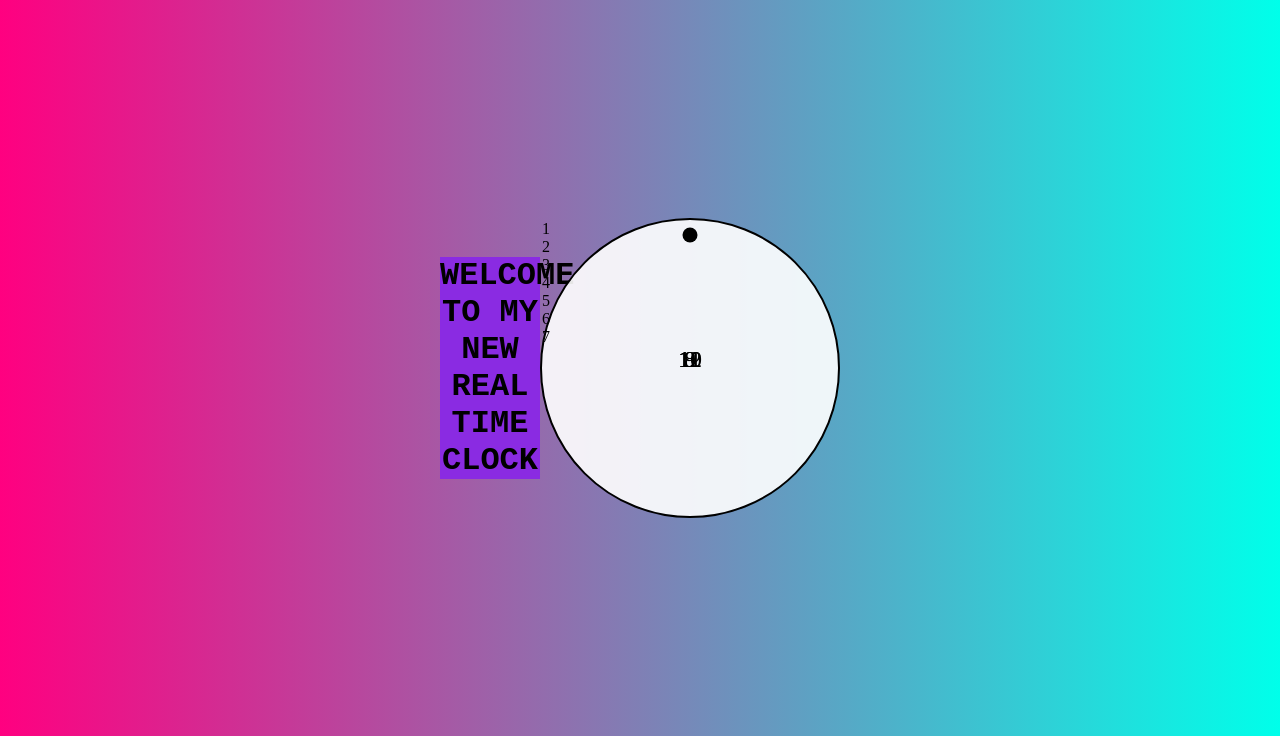
Repository: mirambialex/watch
Page: clock.html
An editor plug-in stored every save of this project. The page is shown before and after the next save, followed by the edit.
The browser window is 1280 px wide. The pictures show the whole page.

Above is the page before, as saved 2024-04-30 11:12:21.
Console error: SyntaxError: Unexpected token '<'

### clock.html
<!DOCTYPE html>
<html lang="en">
<head>
    <meta charset="UTF-8">
    <meta name="viewport" content="width=device-width, initial-scale=1.0">
    <link rel="stylesheet" href="clock.css">
    <script defer src="clock.js"></script>
    <title>clock</title>
</head>
<h1> <div class="header">WELCOME TO MY NEW REAL TIME CLOCK</div></h1>
<body>
    <div class="clock">
        <div class="hour hand" data-hour-hand></div>
        <div class="minute hand" data-minute-hand></div>
        <div class="second hand" data-second-hand></div>
        <div class="number number1">1</div>
        <div class="number number2">2</div>
        <div class="number number3">3</div>
        <div class="number number4">4</div>
        <div class="number number5">5</div>
        <div class="number numberR6">6</div>
        <div class="number number7">7</div>
        <div class="NUMBER NUMBER8">8</div>
        <div class="NUMBER NUMBER9">9</div>
        <div class="NUMBER NUMBER10">10</div>
        <div class="NUMBER NUMBER11">11</div>
        <div class="NUMBER NUMBER12">12</div>

    </div>
</body>
</html>

### clock.css
*, *::after, *::before {
    box-sizing: border-box;
    font-family: 'Times New Roman', Times, serif;

}
body{
    background: linear-gradient(to right,rgb(255,0,128),hsl(175,100%,50%));
    display: flex;
    justify-content: center;
    align-items: center;
    min-height: 100vh;
    overflow: hidden;

}
.clock{
    width: 300px;
    height: 300px;
    background-color: rgb(255,255,255,.9);
    border-radius: 50%;
    border: 2px solid black;
    position: relative;
}
.clock .NUMBER{
    --rotation: 0;
    position: absolute;
    width: 100%;
    height: 100%;
    text-align: center;
    transform: rotate(var(--rotation));
    font-size: 1.5rem;

    .clock .number number1{--rotation:30deg}
    .clock .number number2{--rotation:60deg}
    .clock .NUMBER3{--rotation:90deg}
    .clock .NUMBER4{--rotation:120deg}
    .clock .NUMBER5{--rotation:150deg}
    .clock .NUMBER6{--rotation:180deg}
    .clock .NUMBER7{--rotation:210deg}
    .clock .NUMBER8{--rotation:240deg}
    .clock .NUMBER9{--rotation:270deg}
    .clock .NUMBER10{--rotation:300deg}
    .clock .NUMBER11{--rotation:330deg}

}
.clock.hand{
    --rotation: 0;
    position:absolute;
    bottom: 50%;
    left: 50%;
    background-color: black;
    border: 1px solid rgb(136,99,224);
    border-top-left-radius: 10px;
    border-top-right-radius: 10px;
    transform-origin: bottom;
    z-index:10;
    transform: translateX(-50%)rotation(calc(var--rotation)*1deg));

}
.clock::after{
    content:" ";
    position: absolute;
    background-color: black;
    z-index: 11;
    width: 15px;
    height: 15px;
    top:5%;
    left: 50%;
    transform: translate(-50%, -50%);
    border-radius: 50%;

}
.clock.hand.second{
    width: 3px;
    height: 45%;
    background-color: rgb(221,65,198);
}
.clock.hand.minute{
    width: 7px;
    height: 40%;
    border-color: rgb(69,19,187);

}
.clock.hand.hour{
    width: 10px;
    height: 35%;
    background-color: rgb(166,209,9);
}
.header{
    font-family: 'Courier New', Courier, monospace;
    text-align: center;
    text-transform: capitalize;
    width: 100px;
    background-color: blueviolet;
    position: top;
}
.hour hand,
.minute hand.
.second hand{
position: absolute;
top: 50%;
left: 50%;
height: 5px;
width: 40%;
background-color: gray;
}

### clock.js
<script>
        setInterval(setClock,1000)
        const hourHand= document.querySelector ("[data-hour-hand]")
        const minuteHand = document.querySelector ("[data-minute-hand]")
        const secondHand = document.querySelector ("[data-second-hand]")

        function setCLASS() {
            const currentDate=new Date()
            const secondRatio =currentDate.getSeconds() / 60
            const minutesRatio =(secondRatio+currentDate.getMinutes())/
            const hoursRatio=(minutesRatio+currentDate.gethours())/
            setRotatio(secondHand,secondsRatio)
            setRotatio(minuteHand,minuteRatio)
            setRotatio(hourHand,hoursRatio)
        }
        function setRotatio(element,rotationRatio)
        {
        Element.style.setProperty("--rotation",rotationRatio*360)
        }
        setClock()
</script>

After the next save:
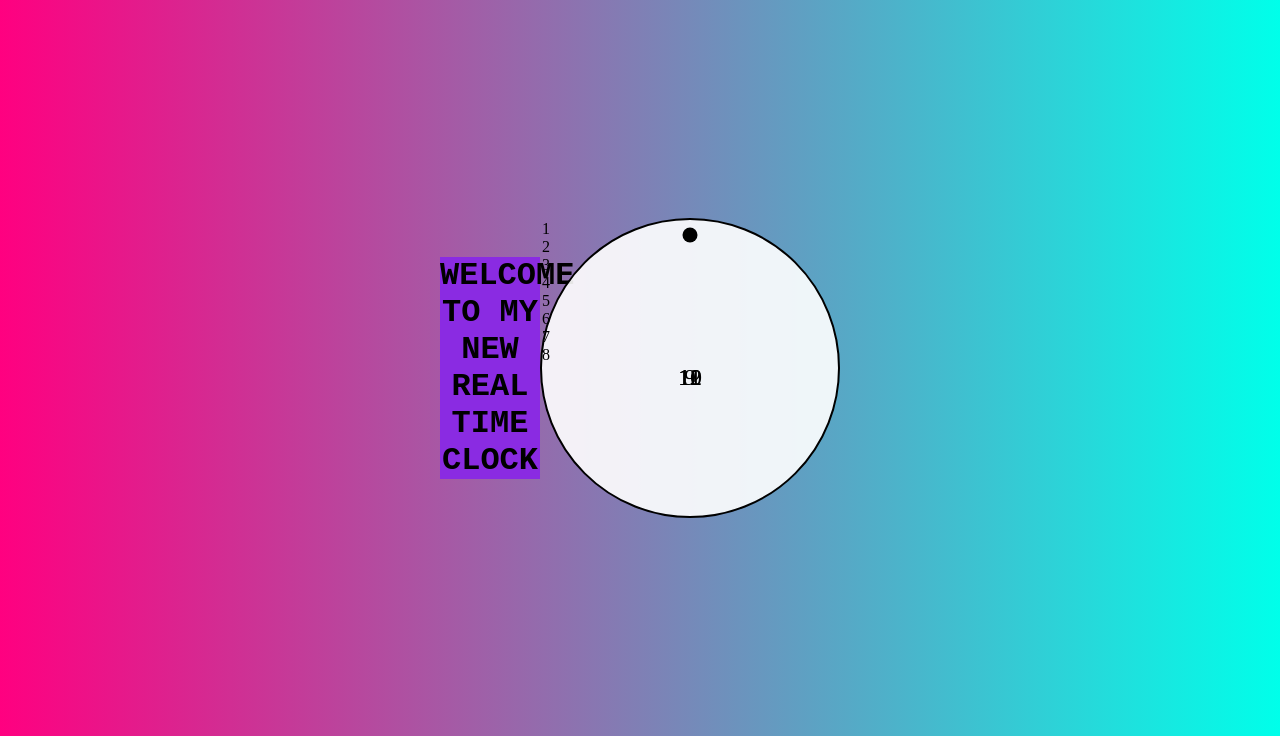
Saved 6 s later.
--- a/clock.html
+++ b/clock.html
@@ -20,7 +20,7 @@
         <div class="number number5">5</div>
         <div class="number numberR6">6</div>
         <div class="number number7">7</div>
-        <div class="NUMBER NUMBER8">8</div>
+        <div class="number number">8</div>
         <div class="NUMBER NUMBER9">9</div>
         <div class="NUMBER NUMBER10">10</div>
         <div class="NUMBER NUMBER11">11</div>
